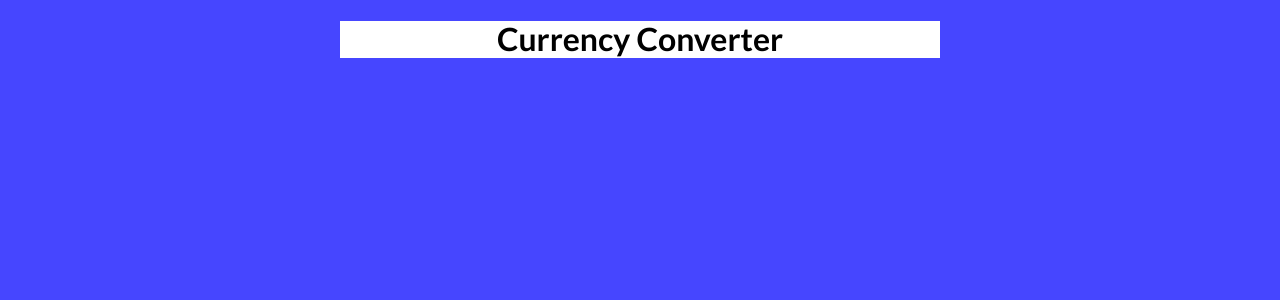
Repository: kkasperczyk/currency-converter
Page: index.html
These files come from the project's save history. The page is drawn as it stood at one moment and after the next save; the edit follows.
The browser window is 1280 px wide. The pictures show the whole page.

Above is the page before, as saved 2020-06-15 21:55:54.

### index.html
<!DOCTYPE html>
<html lang="en">

<head>
    <meta charset="UTF-8">
    <meta name="viewport" content="width=device-width, initial-scale=1.0">
    <link rel="stylesheet" href="https://cdnjs.cloudflare.com/ajax/libs/normalize/8.0.1/normalize.min.css"
        integrity="sha256-l85OmPOjvil/SOvVt3HnSSjzF1TUMyT9eV0c2BzEGzU=" crossorigin="anonymous" />
    <link rel="stylesheet" href="css/global.css">
    <link rel="stylesheet" href="css/container.css">
    <link rel="stylesheet" href="css/header.css">
    <script defer src="js/script.js"></script>
    <link href="https://fonts.googleapis.com/css2?family=Lato:ital,wght@0,400;0,700;1,400&display=swap" rel="stylesheet">
    <title>Currency Converter</title>
</head>

<body>
    <div class="container">
        <header class="header">
            <h1 class="header__title">Currency Converter</h1>
        </header>
    </div>
</body>

</html>

### css/global.css
html {
  box-sizing: border-box;
}

*,
::after,
::before {
  box-sizing: inherit;
}

body {
  font-family: "Lato", sans-serif;
  background-color: rgb(70, 70, 255);
}

### css/container.css
.container {
    max-width: 600px;
    margin: 0 auto;
    background-color: white;
}

### css/header.css
.header {
    text-align: center;
}

.header__title {

}

### js/script.js
console.log("Hi all developers! Nice to see you here.");

After the next save:
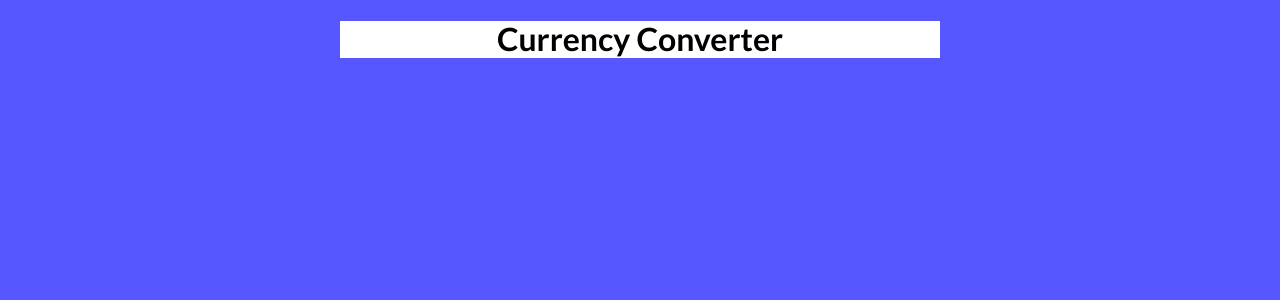
Saved 16 s later.
--- a/css/global.css
+++ b/css/global.css
@@ -10,5 +10,5 @@ html {
 
 body {
   font-family: "Lato", sans-serif;
-  background-color: rgb(70, 70, 255);
+  background-color: rgb(87, 87, 255);
 }
